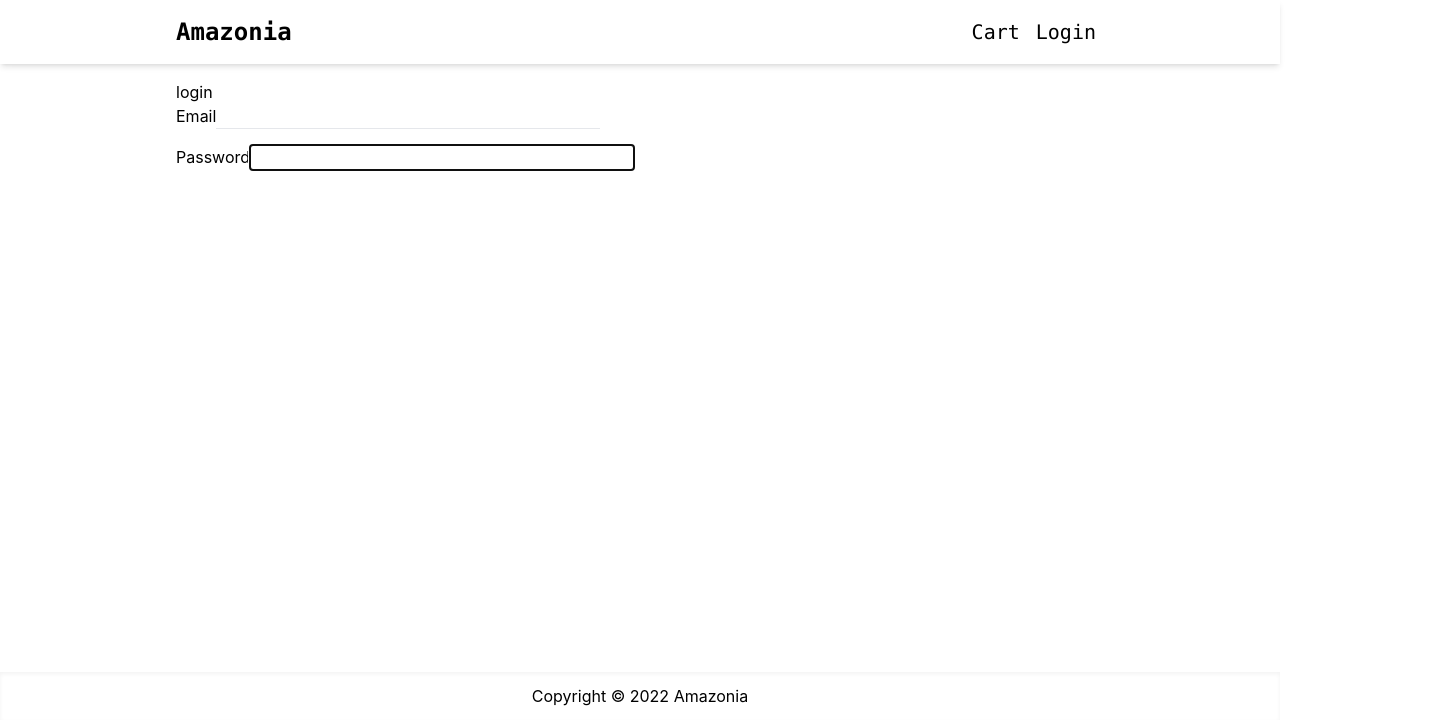
Repository: chidieb11/shop
Page: /login
The author's editor kept a copy of each file at every save. The page is drawn from the files as they stood at one save, then again after the next save.
The browser window is 1280 px wide. The page is 1440 px wide, so the pictures cover 1440 px, including what lies to the right of the window. The pictures show the whole page.
The project was rebuilt for these pictures with package versions that can differ from the ones it lists, and the page was loaded fresh each time. The framework's server and built-in components were replaced by stand-ins that run in the browser. Also part of the build but not shown: next.config.js.

Above is the page before, as saved 2022-06-27 19:48:51.

### pages/_app.js
import "../styles/globals.css";
import { StoreProvider } from "../utils/Store";

function MyApp({ Component, pageProps }) {
  return (
    <StoreProvider>
      <Component {...pageProps} />
    </StoreProvider>
  );
}

export default MyApp;

### pages/login.js
import React from "react";
import { useForm } from "react-hook-form";
import Layout from "../components/Layout";

const Login = () => {
  const {
    register,
    handleSubmit,
    formState: { errors },
  } = useForm();
  const submitHandler = ({ email, password }) => {
    console.log(email, password);
  };

  return (
    <Layout title="Login">
      <form
        className="flex flex-col justify-center m-auto"
        onSubmit={handleSubmit(submitHandler)}
      >
        <h1>login</h1>
        <div className="mb-4">
          <label htmlFor="email">Email</label>
          <input
            type="email"
            {...register("email", {
              required: "Please Enter an Email!",
              pattern: {
                value: /^[a-zA-Z0-9_.+-]+@[a-zA-Z0-9-]+.[a-zA-Z0-9-.]+$/i,
                message: "Please Enter a Valid Email!",
              },
            })}
            className="w-96 border-b"
            id="email"
            autoFocus
          />
          {errors.email && <div>{errors.email.message}</div>}
        </div>

        <div className="mb-4">
          <label htmlFor="password">Password</label>
          <input
            type="password"
            {...register("password", {
              required: "Please Enter a Password!",
              minLength: {
                value: 6,
                message: "Password must be at least 6 characters long!",
              },
            })}
            className="w-96 border-b"
            id="password"
            autoFocus
          />
          {errors.password && <div>{errors.password.message}</div>}
        </div>
      </form>
    </Layout>
  );
};

export default Login;

### styles/globals.css
@tailwind base;
@tailwind components;
@tailwind utilities;

html,
body {
  padding: 0;
  margin: 0;
  font-family: -apple-system, BlinkMacSystemFont, Segoe UI, Roboto, Oxygen,
    Ubuntu, Cantarell, Fira Sans, Droid Sans, Helvetica Neue, sans-serif;
}

a {
  color: inherit;
  text-decoration: none;
}

* {
  box-sizing: border-box;
}

.card {
  @apply mb-5 block rounded-lg border border-gray-200 shadow-md;
}

.primary-button {
  @apply rounded bg-amber-200 py-2 px-4 shadow outline-none hover:bg-amber-400 active:bg-amber-500;
}

### utils/Store.js
import Cookies from "js-cookie";
import { createContext, useReducer } from "react";

export const Store = createContext();

const initialState = {
  cart: Cookies.get("cart")
    ? JSON.parse(Cookies.get("cart"))
    : { cartItems: [] },
};

function reducer(state, action) {
  switch (action.type) {
    case "CART_ADD_ITEM": {
      const newItem = action.payload;
      const existingItem = state.cart.cartItems.find(
        (item) => item.slug === newItem.slug
      );
      const cartItems = existingItem
        ? state.cart.cartItems.map((item) =>
            item.name === existingItem.name ? newItem : item
          )
        : [...state.cart.cartItems, newItem];
      Cookies.set("cart", JSON.stringify({ ...state.cart, cartItems }));
      return { ...state, cart: { ...state.cart, cartItems } };
    }
    case "CART_REMOVE_ITEM": {
      const cartItems = state.cart.cartItems.filter(
        (item) => item.slug !== action.payload.slug
      );
      Cookies.set('cart',JSON.stringify({...state.cart,cartItems}))
      return { ...state, cart: { ...state.cart, cartItems } };
    }
    default:
      return state;
  }
}

export function StoreProvider({ children }) {
  const [state, dispatch] = useReducer(reducer, initialState);
  const value = { state, dispatch };
  return <Store.Provider value={value}>{children}</Store.Provider>;
}

### components/Layout.js
import Head from "next/head";
import Link from "next/link";
import React, { useContext, useEffect, useState } from "react";
import { Store } from "../utils/Store";

const Layout = ({ title, children }) => {
  const { state } = useContext(Store);
  const { cart } = state;
  const [cartItemCount, setCartItemCount] = useState(0);

  useEffect(() => {
    setCartItemCount(
      cart.cartItems.reduce(
        (accumulator, currentQuantity) =>
          accumulator + currentQuantity.quantity,
        0
      )
    );
  }, [cart.cartItems]);

  return (
    <>
      <Head>
        <title>{title ? title + "-Amazonia" : "Amazonia"}</title>
        <meta name="description" content="Ecommerce Website" />
        <link rel="icon" href="/favicon.ico" />
      </Head>

      <div className="flex min-h-screen flex-col justify-between">
        {/* Navbar */}
        <header className="top-0 sticky shadow-md">
          <nav className="flex justify-between items-center px-4 sm:mx-40 h-16">
            <Link href="/">
              <a className="text-2xl font-bold font-mono capitalize">
                amazonia
              </a>
            </Link>
            <div>
              <Link href="cart">
                <a className="p-2 capitalize text-xl font-mono">
                  cart
                  {cartItemCount > 0 && (
                    <span className="ml-1 rounded-full bg-red-600 text-white px-2 pt-1 text-center font-bold text-xs">
                      {cartItemCount}
                    </span>
                  )}
                </a>
              </Link>
              <Link href="login">
                <a className="text-xl font-mono p-2">Login</a>
              </Link>
            </div>
          </nav>
        </header>

        {/* Main */}
        <main className="container m-auto mx-40 mt-4 px-4">{children}</main>

        {/* Footer */}
        <footer className="flex justify-center items-center shadow-inner h-12">
          <p>Copyright &copy; 2022 Amazonia</p>
        </footer>
      </div>
    </>
  );
};

export default Layout;

Loaded but not shown: tailwind.config.js (common file)

After the next save:
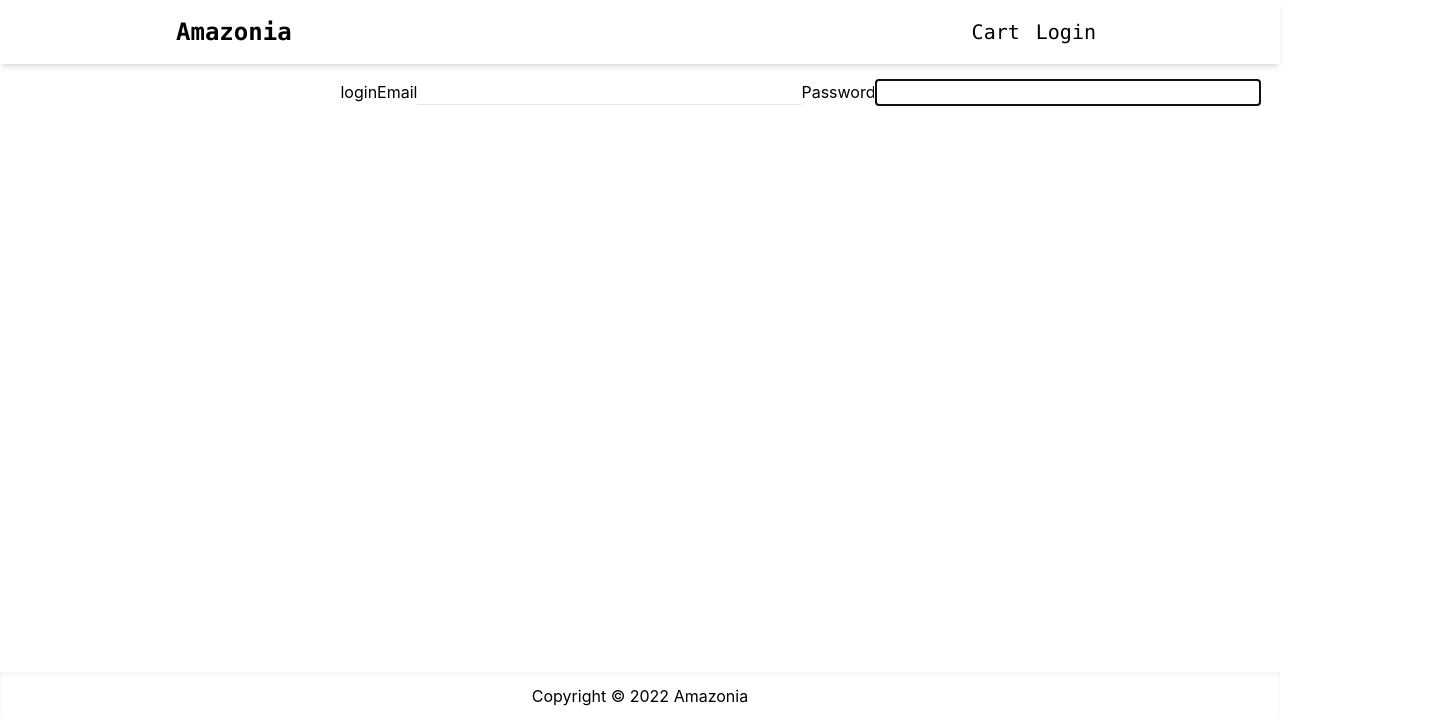
Saved 11 s later.
--- a/pages/login.js
+++ b/pages/login.js
@@ -15,7 +15,7 @@ const Login = () => {
   return (
     <Layout title="Login">
       <form
-        className="flex flex-col justify-center m-auto"
+        className="flex justify-center m-auto"
         onSubmit={handleSubmit(submitHandler)}
       >
         <h1>login</h1>
